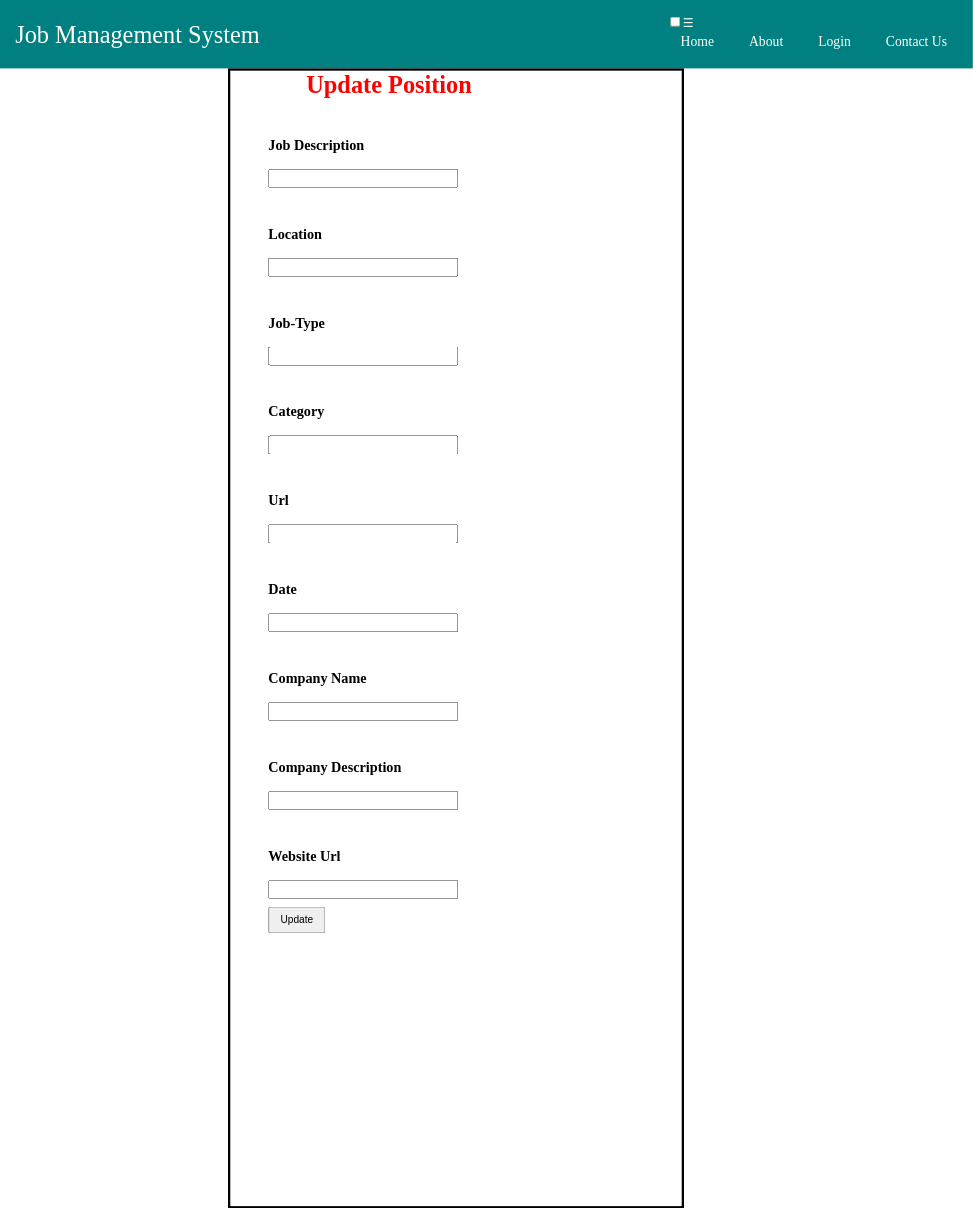
Repository: PrinceKumawat1109/JFSD
Page: http://localhost/Job-management/dashboard_update.jsp
These files come from the project's save history. The page is drawn as it stood at one moment and after the next save; the edit follows.
The browser window is 1280 px wide. The pictures show the whole page, at 76% of full size.
The page is served by Tomcat 9.

Above is the page before, as saved 2022-10-29 23:19:11.

After the next save:
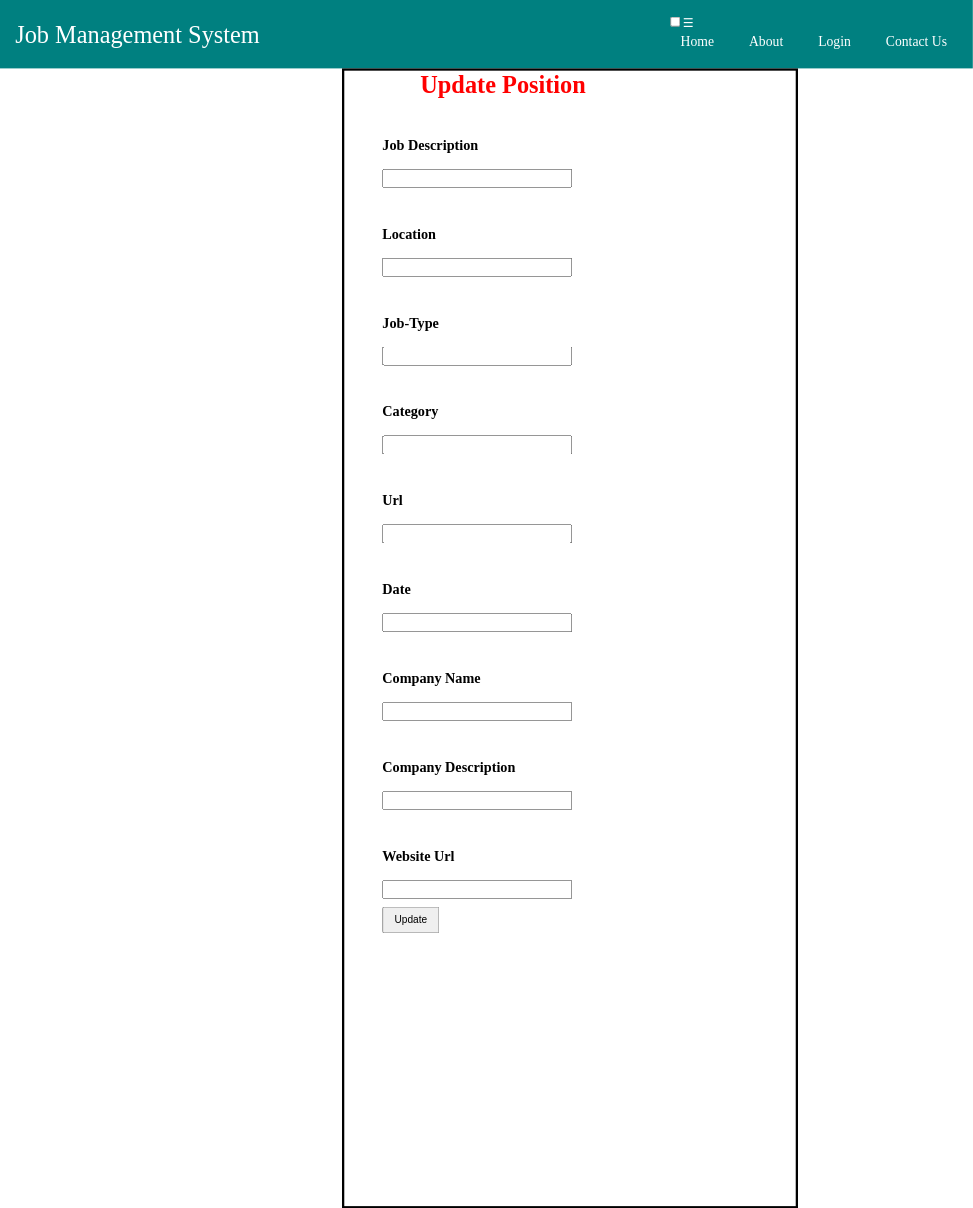
Saved 12 s later.
--- a/Job-management/src/main/webapp/dashboard_update.jsp
+++ b/Job-management/src/main/webapp/dashboard_update.jsp
@@ -10,7 +10,7 @@
 height: 1500px;
 width: 600px;
 border-style: solid;
-margin-left: 300px;
+margin-left: 450px;
 }
 .i{
 margin-top: 10px;
